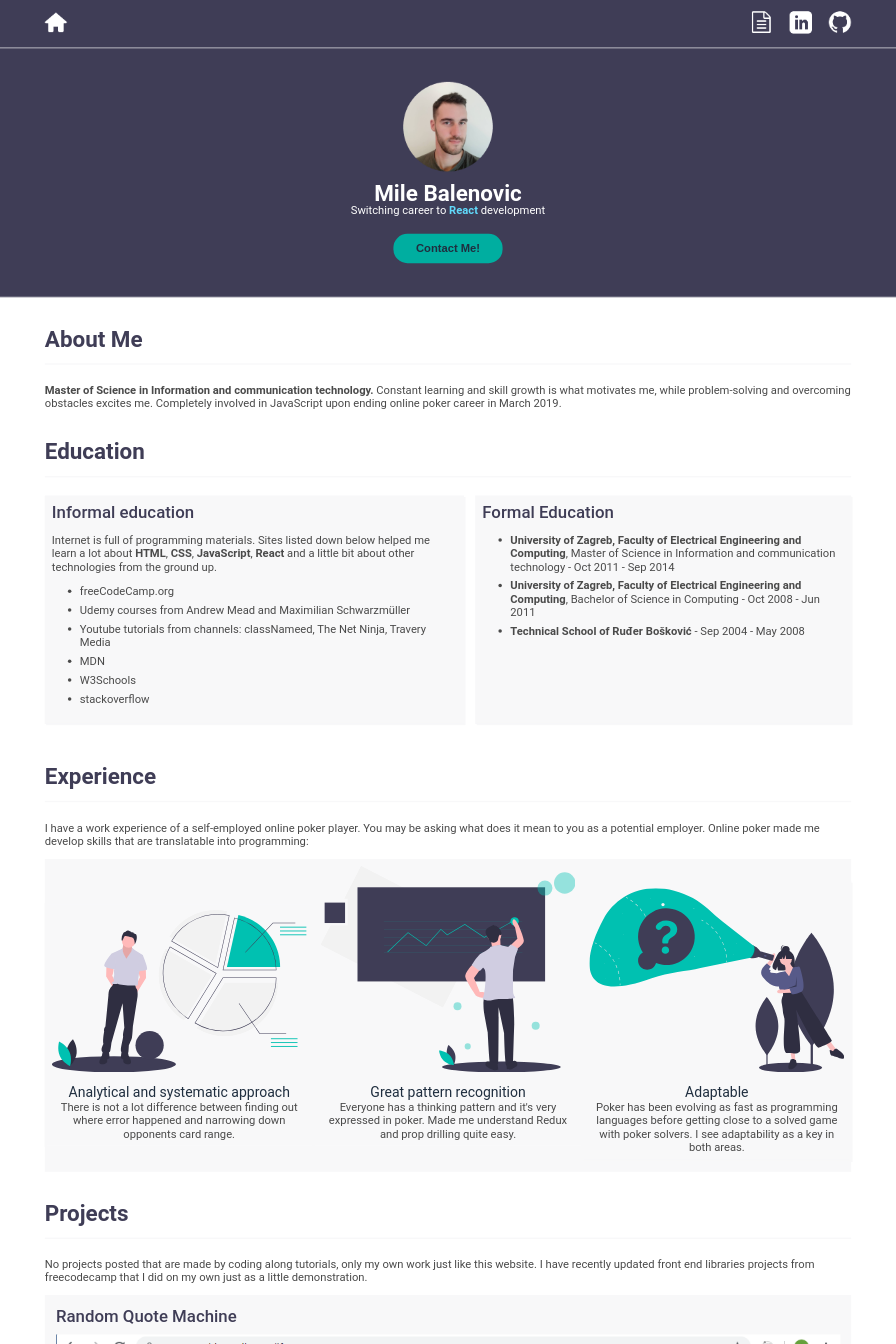
Repository: milac0/my-website
Page: /
The author's editor kept a copy of each file at every save. The page is drawn from the files as they stood at one save, then again after the next save.
The browser window is 1280 px wide. The pictures show the part of the page from y = 0 to 1920 px (the page is 6645 px tall), at 70% of full size.
The project was rebuilt for these pictures with package versions that can differ from the ones it lists, and the page was loaded fresh each time. Also part of the build but not shown: src/components/formContact.module.css, src/components/FormContact.js, src/pages/contact.module.css, src/pages/Contact.js. Imported but missing from the stored project, and not drawn on this page: src/resume.pdf.

Above is the page before, as saved 2019-10-24 21:47:08.

### public/index.html
<!DOCTYPE html>
<html lang="en">
  <head>
    <meta charset="utf-8" />
    <link rel="icon" href="%PUBLIC_URL%/favicon.ico" />
    <meta name="viewport" content="width=device-width, initial-scale=1" />
    <meta name="theme-color" content="#000000" />
    <meta
      name="description"
      content="Web site created using create-react-app"
    />
    <!--
      manifest.json provides metadata used when your web app is installed on a
      user's mobile device or desktop. See https://developers.google.com/web/fundamentals/web-app-manifest/
    -->
    <link rel="manifest" href="%PUBLIC_URL%/manifest.json" />
    <!--
      Notice the use of %PUBLIC_URL% in the tags above.
      It will be replaced with the URL of the `public` folder during the build.
      Only files inside the `public` folder can be referenced from the HTML.

      Unlike "/favicon.ico" or "favicon.ico", "%PUBLIC_URL%/favicon.ico" will
      work correctly both with client-side routing and a non-root public URL.
      Learn how to configure a non-root public URL by running `npm run build`.
    -->
    <title>Mile Balenovic</title>
  </head>
  <body>
    <noscript>You need to enable JavaScript to run this app.</noscript>
    <div id="root"></div>
    <!--
      This HTML file is a template.
      If you open it directly in the browser, you will see an empty page.

      You can add webfonts, meta tags, or analytics to this file.
      The build step will place the bundled scripts into the <body> tag.

      To begin the development, run `npm start` or `yarn start`.
      To create a production bundle, use `npm run build` or `yarn build`.
    -->
  </body>
</html>

### src/index.css
html, body {
  height: 100%;
}


body {
  margin: 0;
  font-family: 'Roboto', sans-serif;
  -webkit-font-smoothing: antialiased;
  -moz-osx-font-smoothing: grayscale;
}

/*****
  Navbar & Hero
*****/

header,
.hero {
  background:#3F3D56;
  border-bottom: 0.1px solid #ffffff;
  text-align: center;
}

.hero {
  margin-bottom: 2em;
}

.container {
  width: 90%;
  max-width: 1200px;
  margin: 0 auto;
}

nav li {
  list-style: none;
  max-width: 400px;
  margin: 0 auto;
  display: flex;
  justify-content: space-evenly;
  align-items: center;
}

.nav-item:hover {
  filter: invert(0.1);
}
nav ul {
  padding: 0;
}

.hero {
  margin-bottom: 2.5em;
}

.hero-profile {
  padding: 3em 0;
}

.hero-profile img {
  margin-bottom: 0.5em;
}

.hero-profile-title,
.hero-profile-subtitle {
  color: #ffffff;
}

.hero-profile h1 {
  margin: 0;
  font-size: 2rem;
}

.hero-profile p {
  font-size: 1rem;
  margin: 0;
  margin-top: -0.25rem;
  margin-bottom: 1.5em;
}

.hero-profile-subtitle strong {
  font-weight: 700;
  color: #61dafb;
}

.button-cta,
.button-home {
  background: #00AEA0;
  color: #1f2e3f;
  padding: 0.75em 2em;
  border: none;
  border-radius: 20px;
  font-size: 1rem;
  font-weight: 700;
  text-decoration: none;
}

.button-cta:hover,
.button-cta:focus {
  background: #00C1B1;
  color: #1f2e3f;
  cursor: pointer;
}

.button-home {
  background: #ffffff;
  border: 2px solid #1f2e3f;
  padding: 0.3em 1em;
}

.button-home:hover,
.button-home:focus {
  border: 2px solid #ffffff;
 filter: invert(0.1);
}


/*****
  Typography
*****/

h1 {
  color: #3F3D56;
}

h2 {
  color: #3F3D56;
  font-size: 1.5rem;
  font-weight: 500;
  margin: 0;
}

p,
ul {
  color: #4a4a4a;
}

.section-skill h2 {
  color: #1F2E3F;
  font-size: 1.25rem;
  font-weight: 400;
  margin: 0;
}

.section-body {
  font-size: 1rem;
  margin-bottom: 1em;
}

#section-cta .section-title,
#section-cta .section-body {
  color: #ffffff;

}

/*****
  Layout
*****/
section {
  margin-bottom: 2.5em;
}

.section-title {
  border-bottom: 2px solid #F8F8F9;
  font-size: 2rem;
  padding-bottom: 0.5em;
}

.article-education,
.section-skill {
  box-shadow: 2px 2px #F8F8F9;
  border: 2px solid #F8F8F9;
  margin-bottom: 1em;
  padding: 0.5em;
}

.article-education li{
  margin-bottom: 0.5em;
}

.section-skill {
  background: #F8F8F9;
  text-align: center;
}

.section-skill p {
  margin: 0;
}

.section-skill-image {
  display: block;
  margin: 0 auto 1em auto;
  height: 260px;
  width: 100%;
}

article {
  background: #F8F8F9;
  padding: 1em;
  margin-bottom: 1em;
}

article h2 {
  margin-bottom: 0.5em;
}

.project-image {
  display: block;
  width: 100%;
  cursor: pointer;
  border-left: 1px solid #19427A;
  border-bottom: 1px solid #19427A;
  border-radius: 0 0 0 5px;
}

.project-image:hover {
  filter: invert(0.1);
}


#section-cta {
  padding-bottom: 5em;
  background: #3F3D56;
}

#section-cta{
  text-align: center;
  padding: 0.5em;
}

#section-cta .button-cta {
  margin: 1em 0 2em 0;
}

footer {
  background: #F8F8F9;
  padding: 3em 0;
  width: 100%;
  text-align: center;
  flex-shrink: 0;
}

.invalid-feedback {
  color: #D8000C;
  font-size: 0.75rem;
  font-family: 'Roboto', sans-serif;
}

@media (min-width: 752px) {
  nav li {
    max-width: 100%;
    margin: 0 auto;
    display: flex;
    justify-content: flex-end;
    align-items: center;
    position: relative;
  }

  nav ul {
    margin-left: 1.5em;
  }

  .nav-home-item {
    position: absolute;
    left: 0;
    margin: 0;
  }

  .articles-education {
    display: flex;
    flex-direction: row;
    justify-content: space-between;
  }

  .education-one {
    margin-right: 0.5em;
  }

  .education-two {
    margin-left: 0.5em;
  }

  .section-skills {
    background: #F8F8F9;
    display: flex;
    flex-direction: row;
    align-items: baseline;
  }
  .section-skill {
    flex: 1 1 300px;
      }

  .section-skill-image {
    height: auto;
    width: 100%;
  }
}

### src/App.js
import React from 'react';
import {
  BrowserRouter as Router,
  Switch,
  Route,
} from "react-router-dom";
import Home from './pages/Home'
import Contact from './pages/Contact';

function App() {
  return (
      <Router>
        <Switch>
        <Route path ="/" exact component={Home} />
        <Route path ="/contact" component={Contact} />
        </Switch>
      </Router>

  );
}

export default App;

### src/pages/Home.js
import React, { Fragment } from "react";
import Navbar from "../components/Navbar";
import Hero from "../components/Hero";
import AboutMe from "../components/AboutMe";
import Education from "../components/Education";
import Experience from "../components/Experience";
import Projects from "../components/Projects";
import SectionCTA from "../components/SectionCTA";
import Footer from "../components/Footer";

const Home = () => {
  return (
    <Fragment>
      <Navbar />
      <Hero />
      <main>
        <div className="container">
          <AboutMe />
          <Education />
          <Experience />
          <Projects />
          <SectionCTA />
        </div>
      </main>
      <Footer />
    </Fragment>
  );
};

export default Home;

### src/components/Navbar.js
import React from "react";
import { Link } from "react-router-dom";

import resumeIcon from "../images/resume.png";
import linkedinIcon from "../images/linkedin.png";
import githubIcon from "../images/github.png";
import homeIcon from "../images/home.png";
import resumePdf from "../resume.pdf";

//mui
import Tooltip from "@material-ui/core/Tooltip";

const Navbar = () => {
  return (
    <header>
      <div className="container">
        <nav>
          <li>
            <ul className="nav-home-item">
              <Tooltip title="Home">
                <Link to="/">
                  <img className="nav-item" src={homeIcon} alt="home" />
                </Link>
              </Tooltip>
            </ul>
            <ul>
              <Tooltip title="Resume">
                <a href={resumePdf} download target="_self">
                  <img className="nav-item" src={resumeIcon} alt="resume" />
                </a>
              </Tooltip>
            </ul>
            <ul>
              <Tooltip title="Linkedin">
                <a
                  href="https://www.linkedin.com/in/mile-balenovi%C4%87-a4ab9188/"
                  target="_blank"
                  rel="noopener noreferrer"
                >
                  <img className="nav-item" src={linkedinIcon} alt="linkedin" />
                </a>
              </Tooltip>
            </ul>
            <ul>
              <Tooltip title="Github">
                <a
                  href="https://github.com/milac0"
                  target="_blank"
                  rel="noopener noreferrer"
                >
                  <img className="nav-item" src={githubIcon} alt="github" />
                </a>
              </Tooltip>
            </ul>
          </li>
        </nav>
      </div>
    </header>
  );
};

export default Navbar;

### src/components/Hero.js
import React from "react";
import { Link } from "react-router-dom";
import LazyLoad from "react-lazyload";
import profileImg from "../images/profile.png";

const Hero = () => {
  return (
    <div className="hero">
      <div className="container">
        <div className="hero-profile">
          <img src={profileImg} className="hero-profile-image" alt="profile" />
          <h1 className="hero-profile-title">Mile Balenovic</h1>
          <p className="hero-profile-subtitle">
            Switching career to <strong>React</strong> development
          </p>
          <Link to="/contact">
            <button className="button-cta">Contact Me!</button>
          </Link>
        </div>
      </div>
    </div>
  );
};

export default Hero;

### src/components/AboutMe.js
import React from "react";

const AboutMe = () => {
  return (
    <section>
      <h1 className="section-title">About Me</h1>
      <p className="section-body">
        <strong>
          Master of Science in Information and communication technology.
        </strong>{" "}
        Constant learning and skill growth is what motivates me, while
        problem-solving and overcoming obstacles excites me. Completely involved
        in JavaScript upon ending online poker career in March 2019.
      </p>
    </section>
  );
};

export default AboutMe;

### src/components/Education.js
import React from "react";

const Education = () => {
  return (
    <section>
      <h1 className="section-title">Education</h1>
      <div className="articles-education">
      <article className="article-education education-one">
        <h2>Informal education</h2>
        <p>
          Internet is full of programming materials. Sites listed down below
          helped me learn a lot about
          <strong> HTML</strong>, <strong>CSS</strong>,{" "}
          <strong>JavaScript</strong>,<strong> React</strong> and a little bit
          about other technologies from the ground up.
        </p>
        <ul>
          <li>freeCodeCamp.org</li>
          <li>Udemy courses from Andrew Mead and Maximilian Schwarzmüller</li>
          <li>
            Youtube tutorials from channels: classNameed, The Net Ninja, Travery
            Media{" "}
          </li>
          <li>MDN</li>
          <li>W3Schools</li>
          <li>stackoverflow</li>
        </ul>
      </article>
      <article className="article-education education-two">
        <h2>Formal Education</h2>
        <ul>
          <li>
            <strong>
              University of Zagreb, Faculty of Electrical Engineering and
              Computing
            </strong>
            , Master of Science in Information and communication technology -
            Oct 2011 - Sep 2014
          </li>
          <li>
            <strong>
              University of Zagreb, Faculty of Electrical Engineering and
              Computing
            </strong>
            , Bachelor of Science in Computing - Oct 2008 - Jun 2011
          </li>
          <li>
            <strong>Technical School of Ruđer Bošković</strong> - Sep 2004 - May
            2008
          </li>
        </ul>
      </article>
      </div>
    </section>
  );
};

export default Education;

### src/components/Experience.js
import React from "react";
import LazyLoad from "react-lazyload";
import analyticalImg from "../images/analytical.svg";
import patternImg from "../images/pattern.svg";
import adaptiveImg from "../images/adaptive.svg";

const Experience = () => {
  return (
    <section>
      <h1 className="section-title">Experience</h1>
      <p className="section-body">
        I have a work experience of a self-employed online poker player. You may
        be asking what does it mean to you as a potential employer. Online poker
        made me develop skills that are translatable into programming:
      </p>
      <div className="section-skills">
      <div className="section-skill">
        <LazyLoad height={260}>
          <img
            className="section-skill-image"
            src={analyticalImg}
            alt="analytical"
          />
        </LazyLoad>
        <h2>Analytical and systematic approach</h2>
        <p>
          There is not a lot difference between finding out where error happened
          and narrowing down opponents card range.
        </p>
      </div>
      <div className="section-skill">
        <LazyLoad height={260}>
          <img className="section-skill-image" src={patternImg} alt="pattern" />
        </LazyLoad>
        <h2>Great pattern recognition</h2>
        <p>
          Everyone has a thinking pattern and it's very expressed in poker. Made
          me understand Redux and prop drilling quite easy.
        </p>
      </div>
      <div className="section-skill">
        <LazyLoad height={260}>
          <img className="section-skill-image" src={adaptiveImg} alt="" />
        </LazyLoad>
        <h2>Adaptable</h2>
        <p>
          Poker has been evolving as fast as programming languages before
          getting close to a solved game with poker solvers. I see adaptability
          as a key in both areas.
        </p>
      </div>
      </div>
    </section>
  );
};

export default Experience;

### src/components/Projects.js
import React from "react";
import LazyLoad from "react-lazyload";

import quoteImg from "../images/quote.PNG";
import markdownImg from "../images/markdown.PNG";
import pomodoroImg from "../images/pomodoro.PNG";
import drumImg from "../images/drum.PNG";

const Projects = () => {
  return (
    <section>
      <h1 className="section-title">Projects</h1>
      <p className="section-body">
        No projects posted that are made by coding along tutorials, only my own work just like this website. I have recently updated
        front end libraries projects from freecodecamp that I did on my own just
        as a little demonstration.
      </p>
      <article>
        <h2>Random Quote Machine</h2>
        <a
          href="https://quotemachine-milac.netlify.com/"
          target="_blank"
          rel="noopener noreferrer"
        >
          <LazyLoad>
            <img className="project-image" src={quoteImg} alt="quote-machine" />
          </LazyLoad>
        </a>
        <p>hooks, axios, material-ui, lodash</p>
      </article>
      <article>
        <h2>Markdown Previewer</h2>
        <a
          href="https://markdown-milac.netlify.com/"
          target="_blank"
          rel="noopener noreferrer"
        >
          <LazyLoad>
            <img
              className="project-image"
              src={markdownImg}
              alt="markdown-previewer"
            />
          </LazyLoad>
        </a>
        <p>nothing</p>
      </article>
      <article>
        <h2>Drum Machine</h2>
        <a
          href="https://drummachine-milac.netlify.com/"
          target="_blank"
          rel="noopener noreferrer"
        >
          <LazyLoad>
            <img className="project-image" src={drumImg} alt="drum-machine" />
          </LazyLoad>
        </a>
        <p>hooks, axios, material-ui</p>
      </article>
      <article>
        <h2>Pomodoro Clock</h2>
        <a
          href="https://pomodoro-clo.netlify.com/"
          target="_blank"
          rel="noopener noreferrer"
        >
          <LazyLoad>
            <img
              className="project-image"
              src={pomodoroImg}
              alt="pomodoro clock"
            />
          </LazyLoad>
        </a>
        <p>hooks, axios, material-ui</p>
      </article>
    </section>
  );
};

export default Projects;

### src/components/SectionCTA.js
import React from "react";
import { Link } from "react-router-dom";

const SectionCTA = () => {
  return (
    <section id="section-cta">
      <h1 className="section-title">Do you like what you've read?</h1>
      <p className="section-body">
        I have plenty more to learn and with the guidance of yours more experienced
        employees I'm sure I can contribute to your company in no time.
      </p>
      <Link to="/contact">
        <button className="button-cta">Contact Me!</button>
      </Link>
    </section>
  );
};

export default SectionCTA;

### src/components/Footer.js
import React from "react";

const Footer = () => {
  return (
    <footer>
      <p> Copyright 2019</p>
    </footer>
  );
};

export default Footer;

Loaded but not shown: src/index.js (common file)

After the next save:
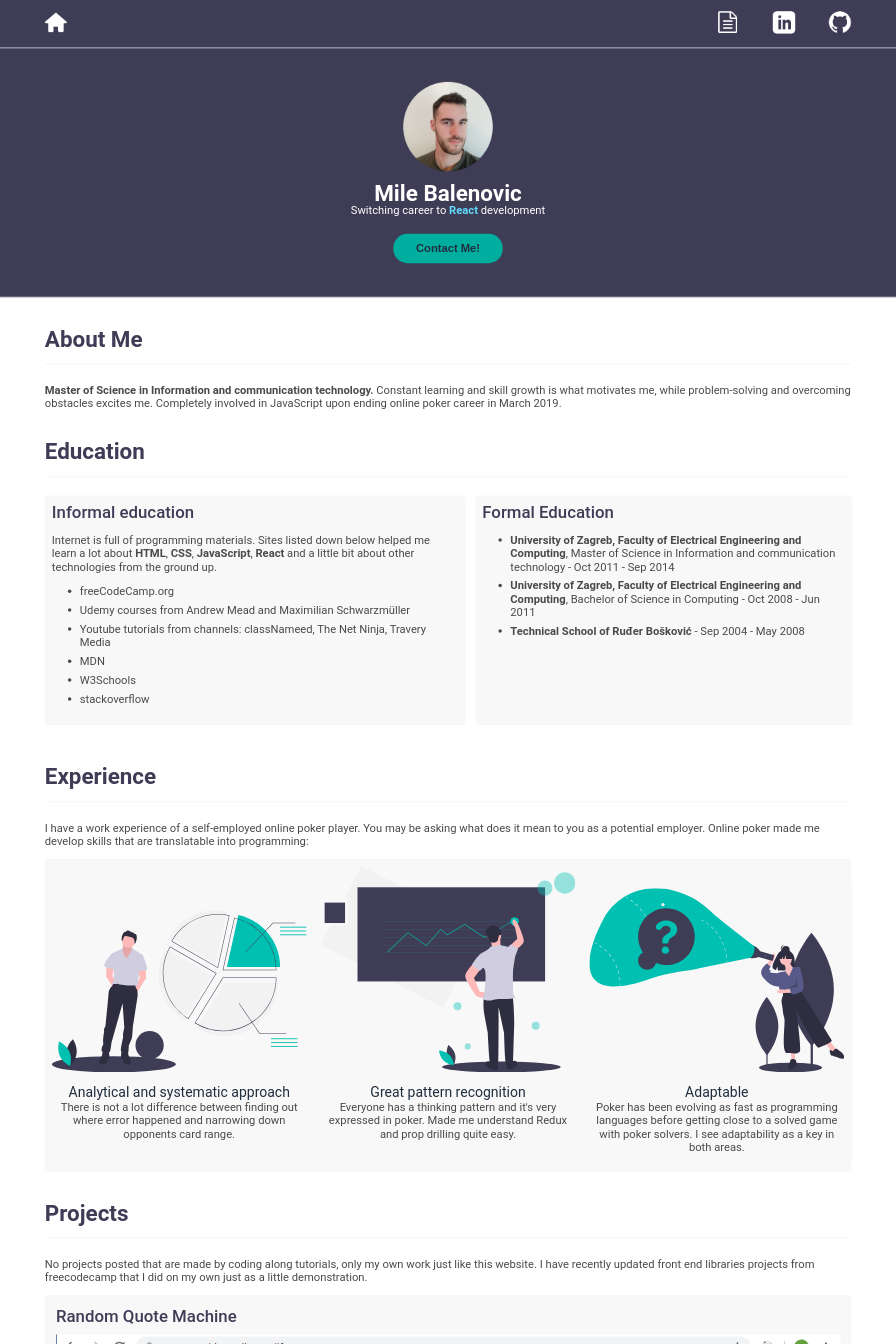
Saved 24 s later.
--- a/src/index.css
+++ b/src/index.css
@@ -255,7 +255,7 @@ footer {
   }
 
   nav ul {
-    margin-left: 1.5em;
+    margin-left: 3em;
   }
 
   .nav-home-item {
